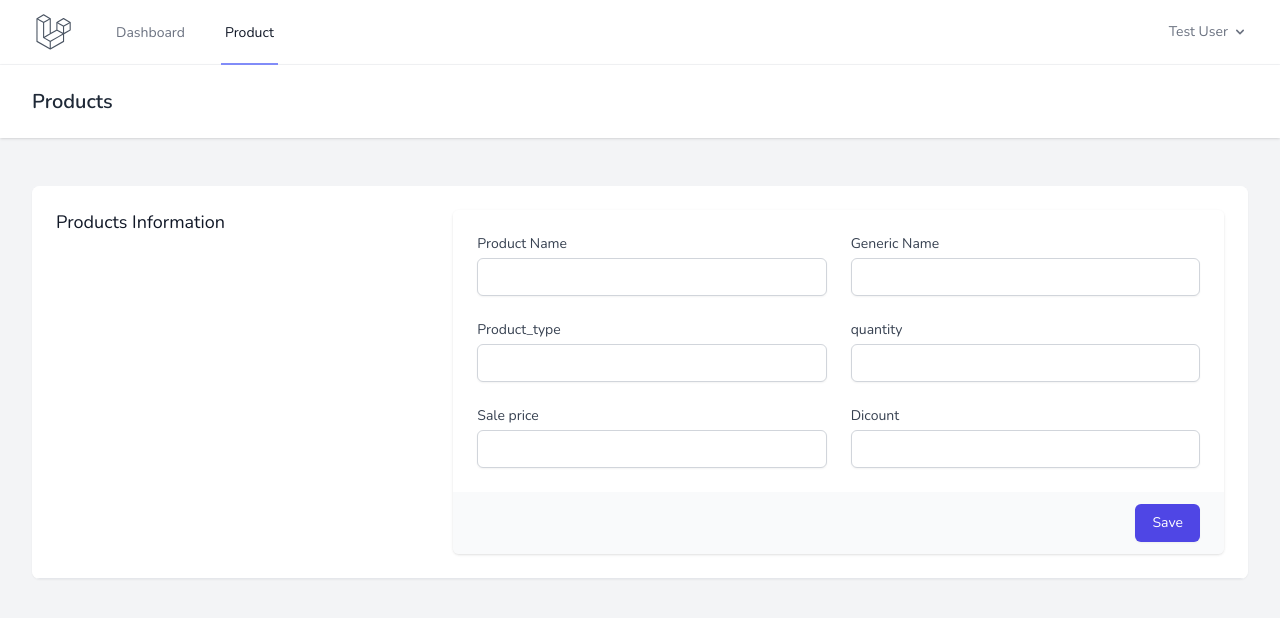
Repository: krishna-vm/them_set
Page: http://localhost/product
An editor plug-in stored every save of this project. The page is shown before and after the next save, followed by the edit.
The browser window is 1280 px wide. The pictures show the whole page.
The page is served by the project's Laravel application, run on PHP 8.4 with Laravel 8. A made-up administrator, Test User (test@example.com), is signed in. Style sheets and scripts are compiled from the project's sources, by tool versions that may differ from the author's.

Above is the page before, as saved 2022-09-08 14:45:18.

After the next save:
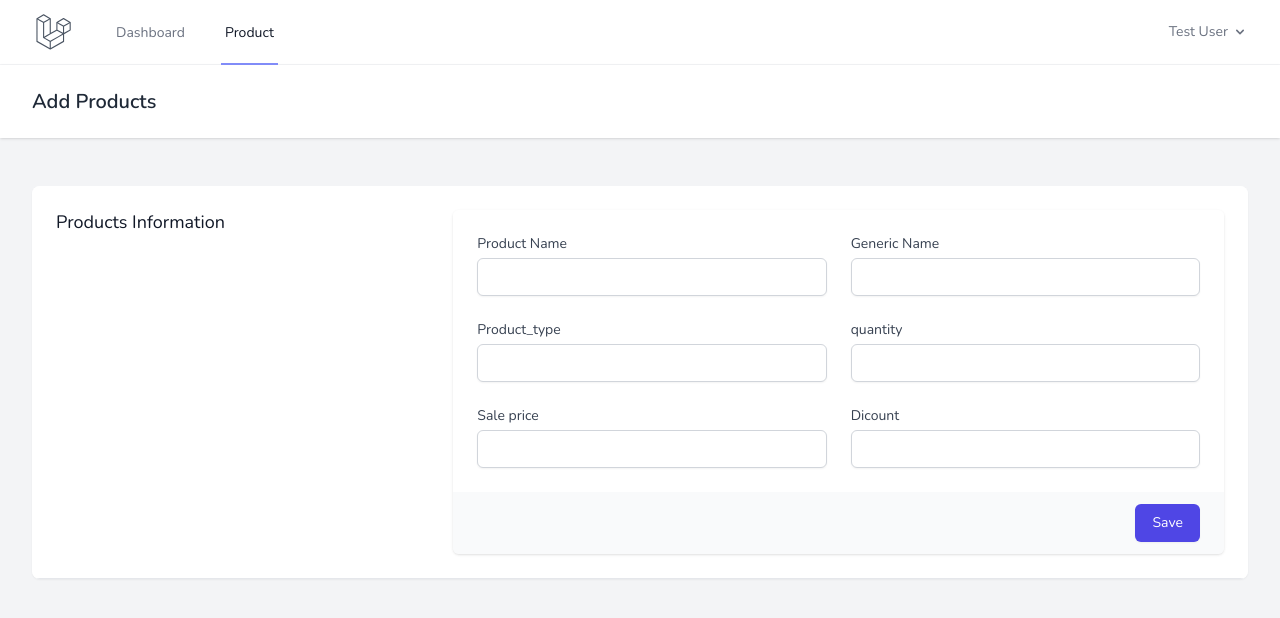
Saved 37 s later.
--- a/resources/views/product.blade.php
+++ b/resources/views/product.blade.php
@@ -1,7 +1,7 @@
 <x-app-layout>
     <x-slot name="header">
         <h2 class="font-semibold text-xl text-gray-800 leading-tight">
-            {{ __('Products') }}
+            {{ __('Add Products') }}
         </h2>
     </x-slot>
 
